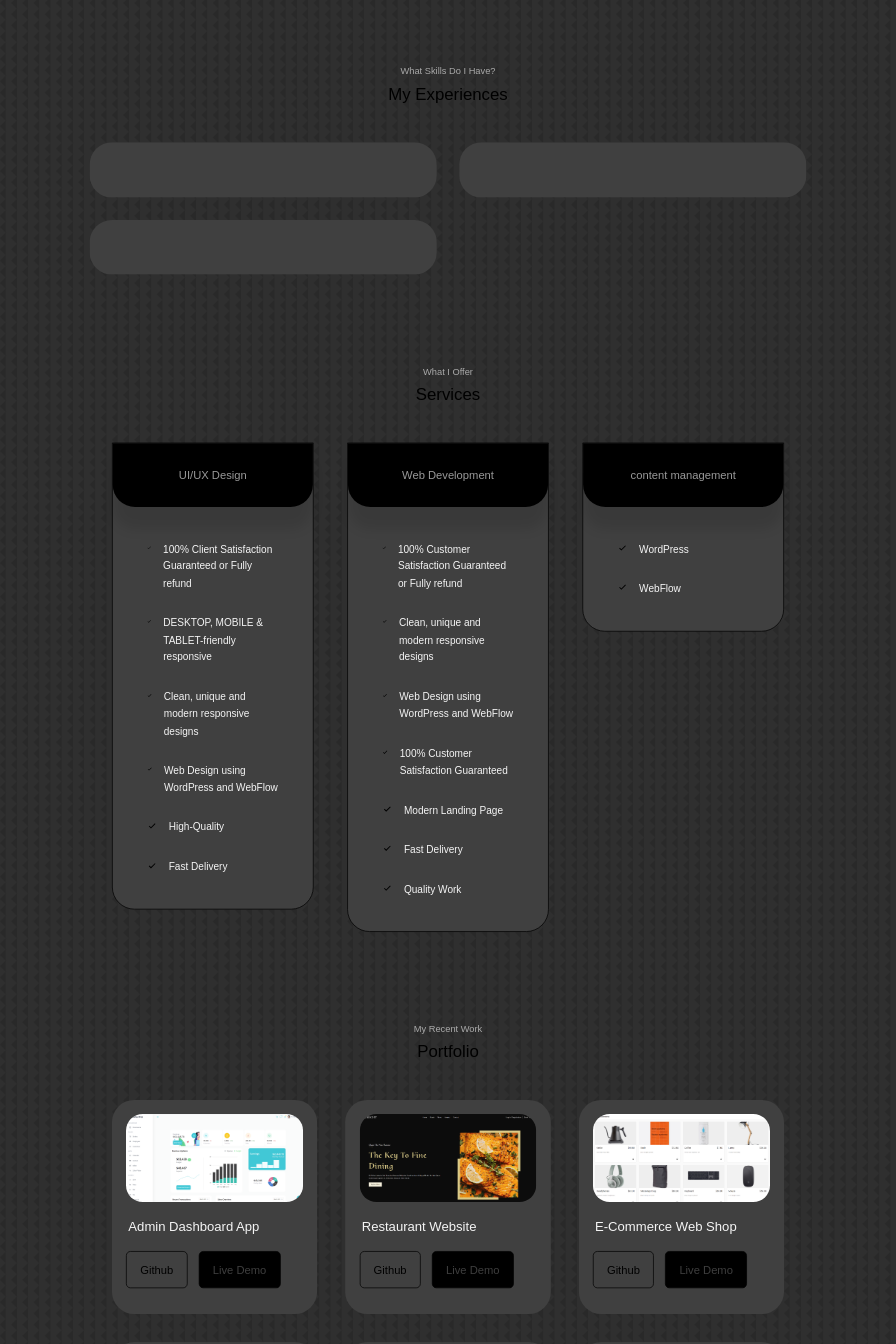
Repository: Z-Bahaa/project_joker_react_portfolio
Page: /
The author's editor kept a copy of each file at every save. The page is drawn from the files as they stood at one save, then again after the next save.
The browser window is 1280 px wide. The pictures show the part of the page from y = 1475 to 3395 px (the page is 5032 px tall before and 5087 px after), at 70% of full size.
Some web fonts or font styles are not loaded; a fallback is used. The project was rebuilt for these pictures with package versions that can differ from the ones it lists, and the page was loaded fresh each time. Imported but missing from the stored project, and not drawn on this page: src/assets/resume.pdf.

Above is the page before, as saved 2023-08-20 23:58:39.

After the next save:
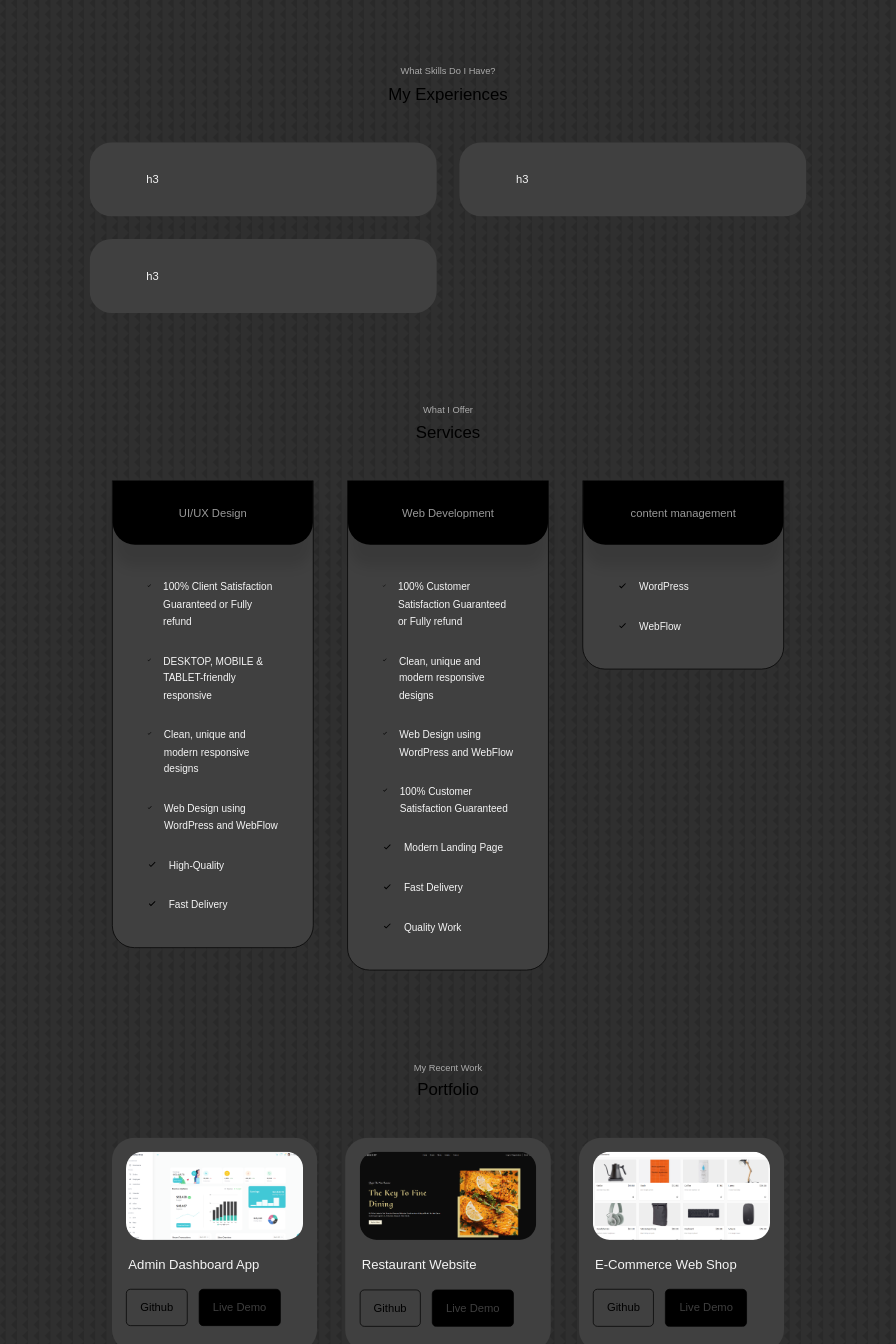
Saved 83 s later.
--- a/src/components/experience/Experience.jsx
+++ b/src/components/experience/Experience.jsx
@@ -11,7 +11,7 @@
       {
         experiences.map((feild) => (
           <div>
-
+            h3
           </div>
         ))
       }
